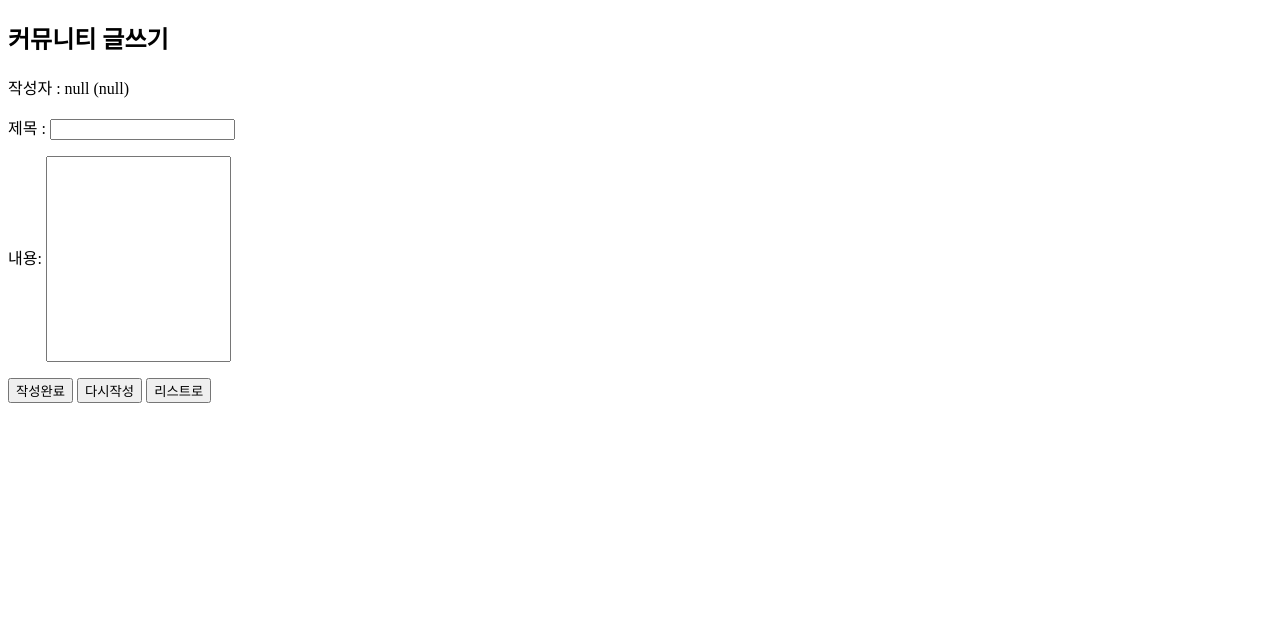
Repository: Blair-Kim/JSP
Page: http://localhost/Day4/board/write.jsp
The author's editor kept a copy of each file at every save. The page is drawn from the files as they stood at one save, then again after the next save.
The browser window is 1280 px wide. The pictures show the whole page.
The page is served by Tomcat 9.

Above is the page before, as saved 2022-01-18 01:41:05.

After the next save:
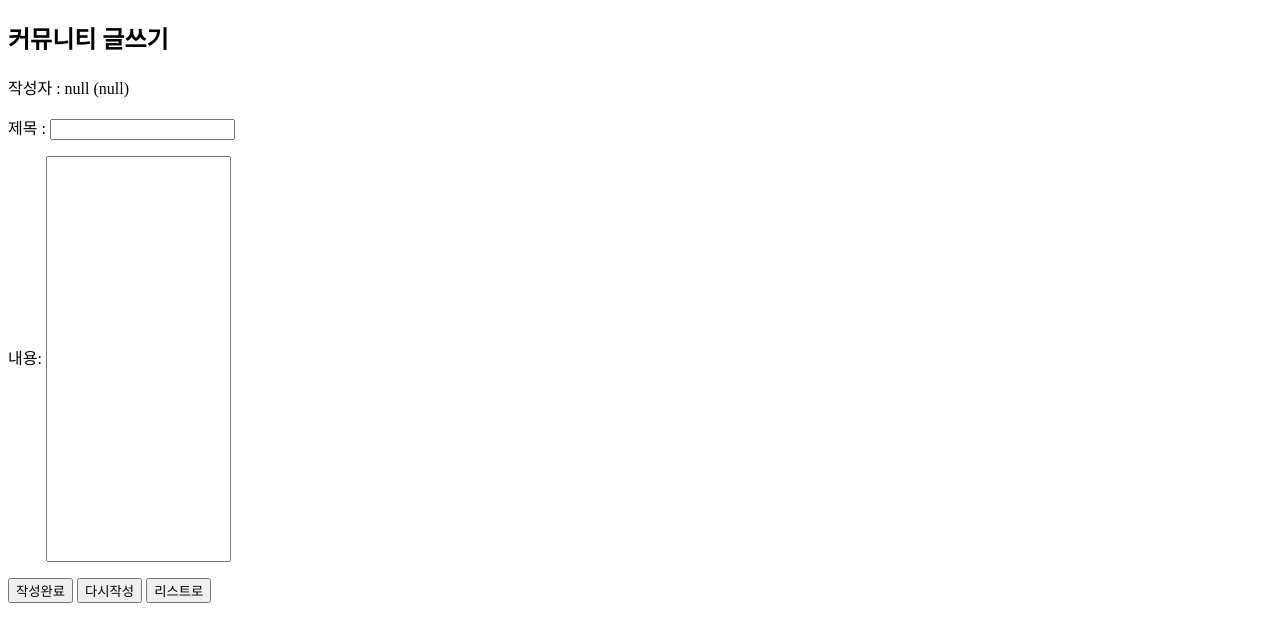
Saved 10 s later.
--- a/Day4/WebContent/board/write.jsp
+++ b/Day4/WebContent/board/write.jsp
@@ -23,7 +23,7 @@
         <input type="hidden" id="isssn" value="n">
         <p>작성자 : <%=userid%> (<%=name%>)</p>
         <p>제목 : <input type="text" name="b_title" id="b_title" maxlength="200"></p>
-        <p>내용: <input type="text" name="b_content" id="b_title" maxlength="2000" style="height:200px"></p>
+        <p>내용: <input type="text" name="b_content" id="b_title" maxlength="2000" style="height:400px"></p>
         <p><input type="submit" value="작성완료"> <input type="reset" value="다시작성"> <input type="button" value="리스트로" onclick="location.href='./list.jsp'"></p>
     </form>
 
